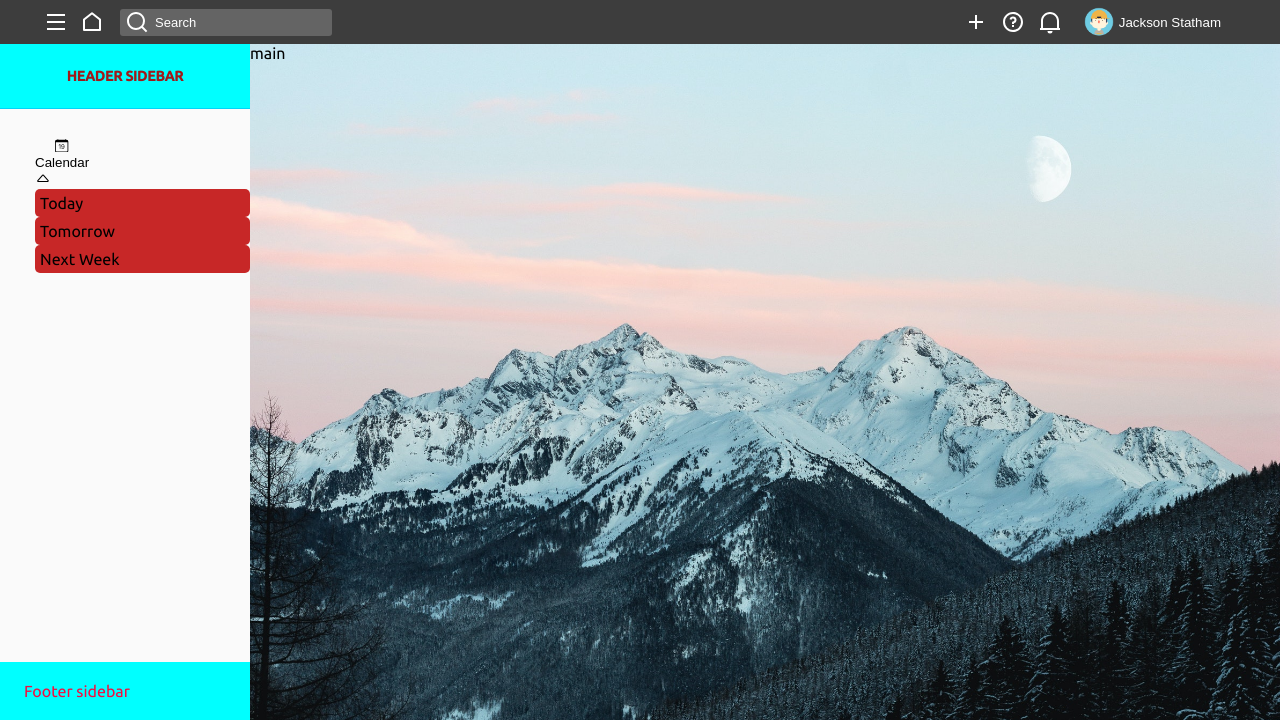
Repository: huuthe1999/to-do-list
Page: /
An editor plug-in stored every save of this project. The page is shown before and after the next save, followed by the edit.
The browser window is 1280 px wide. The pictures show the whole page.
The project was rebuilt for these pictures with package versions that can differ from the ones it lists, and the page was loaded fresh each time. Also part of the build but not shown: src/components/form/addForm/addForm.scss, src/components/form/addForm/AddForm.js, src/components/modal/modal.scss, src/components/modal/Modal.js.

Above is the page before, as saved 2022-02-17 13:53:53.

### public/index.html
<!DOCTYPE html>
<html lang="en">
	<head>
		<meta charset="utf-8" />
		<link rel="icon" href="%PUBLIC_URL%/favicon.ico" />
		<meta name="viewport" content="width=device-width, initial-scale=1" />
		<meta name="theme-color" content="#000000" />
		<meta
			name="description"
			content="Web site created using create-react-app"
		/>
		<link rel="apple-touch-icon" href="%PUBLIC_URL%/logo192.png" />
		<!--
      manifest.json provides metadata used when your web app is installed on a
      user's mobile device or desktop. See https://developers.google.com/web/fundamentals/web-app-manifest/
    -->
		<link rel="manifest" href="%PUBLIC_URL%/manifest.json" />
		<!--
      Notice the use of %PUBLIC_URL% in the tags above.
      It will be replaced with the URL of the `public` folder during the build.
      Only files inside the `public` folder can be referenced from the HTML.

      Unlike "/favicon.ico" or "favicon.ico", "%PUBLIC_URL%/favicon.ico" will
      work correctly both with client-side routing and a non-root public URL.
      Learn how to configure a non-root public URL by running `npm run build`.
    -->
		<title>React Redux App</title>
	</head>
	<body>
		<noscript>You need to enable JavaScript to run this app.</noscript>
		<div id="modal"></div>
		<div id="root"></div>
		<!--
      This HTML file is a template.
      If you open it directly in the browser, you will see an empty page.

      You can add webfonts, meta tags, or analytics to this file.
      The build step will place the bundled scripts into the <body> tag.

      To begin the development, run `npm start` or `yarn start`.
      To create a production bundle, use `npm run build` or `yarn build`.
    --></body>
</html>

### src/index.js
import React from 'react';
import ReactDOM from 'react-dom';
import { Provider } from 'react-redux';
import App from './App';
import { store } from './app/store';

ReactDOM.render(
	<React.StrictMode>
		<Provider store={store}>
			<App />
		</Provider>
	</React.StrictMode>,
	document.getElementById('root'),
);

### src/App.js
import React from 'react';
// import { Counter } from './features/counter/Counter';
import './App.scss';
import Main from './components/main/Main';
import SideBar from './components/sideBar/SideBar';
import TopBar from './components/topBar/TopBar';
function App() {
	return (
		<div className='app'>
			<TopBar />
			<div className='container'>
				<SideBar />
				<Main />
			</div>
		</div>
	);
}

export default App;

### src/App.scss
@import url('https://fonts.googleapis.com/css2?family=Ubuntu:wght@300;400;500&display=swap');
*,
*::before,
*::after {
	margin: 0;
	padding: 0;
	box-sizing: border-box;
}

:root {
	--icon-color: #fff;
	--icon-size: 40px;

	--bg: rgb(53, 42, 42);
	--bg-input: hsla(0, 0%, 100%, 0.2);
	// Header
	--hd-text-color: #ffffff;
	--hd-icon-color-hover: #202020;
}

.app {
	font-family: 'Ubuntu', sans-serif;
	font-size: 16px;
	width: 100vw;
	height: 100vh;
	background-color: var(--bg);
	overflow: hidden;
}

.container {
	display: flex;
	height: calc(100% - 44px);
}

button {
	border: none;
	outline: none;
	cursor: pointer;
	background-color: transparent;
}

a {
	text-decoration: none;
}

ul {
	list-style-type: none;
}

### src/components/main/Main.js
import './main.scss';

const Main = () => {
	return <div className='main'>main</div>;
};

export default Main;

### src/components/sideBar/SideBar.js
import Calendar from '../calendar/Calendar';
import './sideBar.scss';

const SideBar = () => {
	return (
		<div className='sidebar'>
			<div className='sidebar__inner'>
				<div className='sidebar__layout'>
					<div className='sidebar__layout-header'>
						<p>Header sidebar</p>
					</div>
					<div className='sidebar__layout-content'>
						<Calendar />
					</div>
					<div className='sidebar__layout-footer'>Footer sidebar</div>
				</div>
			</div>
		</div>
	);
};

export default SideBar;

### src/components/topBar/TopBar.js
import { useState } from 'react';
import {
	RiAddLine,
	RiHomeLine,
	RiMenuLine,
	RiNotification2Line,
	RiQuestionLine,
	RiSearchLine,
} from 'react-icons/ri';
import Avatar from '../../assets/images/avatar.png';
import AddForm from '../form/addForm/AddForm';
import Modal from '../modal/Modal';
import './topbar.scss';
const TopBar = () => {
	const [modal, setShowModal] = useState(false);
	return (
		<header className='topbar'>
			<div className='topbar__inner'>
				<div className='topbar__inner-leftControl'>
					<button className='topbar__button leftControl'>
						<RiMenuLine className='topbar__button-icon' />
					</button>

					<button className='topbar__button leftControl'>
						<RiHomeLine className='topbar__button-icon' />
					</button>
					<div className='topbar__inner-leftControl-search'>
						<RiSearchLine className='topbar__button-icon topbar__button-icon-search' />
						<input type='text' placeholder='Search' />
					</div>
				</div>
				<div className='topbar__inner-rightControl'>
					<Modal showModal={modal} setShowModal={setShowModal}>
						<AddForm setShowModal={setShowModal} />
					</Modal>
					<button className='topbar__button rightControl'>
						<RiAddLine
							className='topbar__button-icon'
							onClick={() => setShowModal(true)}
						/>
					</button>
					<button className='topbar__button rightControl'>
						<RiQuestionLine className='topbar__button-icon' />
					</button>
					<button className='topbar__button rightControl'>
						<RiNotification2Line className='topbar__button-icon' />
					</button>
					<button className='topbar__button info'>
						<img src={Avatar} alt='avatar' />
						<p>Jackson Statham</p>
					</button>
				</div>
			</div>
		</header>
	);
};

export default TopBar;

### src/features/counter/counterSlice.js
import { createAsyncThunk, createSlice } from '@reduxjs/toolkit';
import { fetchCount } from './counterAPI';

const initialState = {
  value: 0,
  status: 'idle',
};

// The function below is called a thunk and allows us to perform async logic. It
// can be dispatched like a regular action: `dispatch(incrementAsync(10))`. This
// will call the thunk with the `dispatch` function as the first argument. Async
// code can then be executed and other actions can be dispatched. Thunks are
// typically used to make async requests.
export const incrementAsync = createAsyncThunk(
  'counter/fetchCount',
  async (amount) => {
    const response = await fetchCount(amount);
    // The value we return becomes the `fulfilled` action payload
    return response.data;
  }
);

export const counterSlice = createSlice({
  name: 'counter',
  initialState,
  // The `reducers` field lets us define reducers and generate associated actions
  reducers: {
    increment: (state) => {
      // Redux Toolkit allows us to write "mutating" logic in reducers. It
      // doesn't actually mutate the state because it uses the Immer library,
      // which detects changes to a "draft state" and produces a brand new
      // immutable state based off those changes
      state.value += 1;
    },
    decrement: (state) => {
      state.value -= 1;
    },
    // Use the PayloadAction type to declare the contents of `action.payload`
    incrementByAmount: (state, action) => {
      state.value += action.payload;
    },
  },
  // The `extraReducers` field lets the slice handle actions defined elsewhere,
  // including actions generated by createAsyncThunk or in other slices.
  extraReducers: (builder) => {
    builder
      .addCase(incrementAsync.pending, (state) => {
        state.status = 'loading';
      })
      .addCase(incrementAsync.fulfilled, (state, action) => {
        state.status = 'idle';
        state.value += action.payload;
      });
  },
});

export const { increment, decrement, incrementByAmount } = counterSlice.actions;

// The function below is called a selector and allows us to select a value from
// the state. Selectors can also be defined inline where they're used instead of
// in the slice file. For example: `useSelector((state: RootState) => state.counter.value)`
export const selectCount = (state) => state.counter.value;

// We can also write thunks by hand, which may contain both sync and async logic.
// Here's an example of conditionally dispatching actions based on current state.
export const incrementIfOdd = (amount) => (dispatch, getState) => {
  const currentValue = selectCount(getState());
  if (currentValue % 2 === 1) {
    dispatch(incrementByAmount(amount));
  }
};

export default counterSlice.reducer;

### src/components/main/main.scss
.main {
	width: 100%;
	height: 100%;
	background-image: url(../../assets/images/bg_main.jpg);
	background-repeat: no-repeat;
	background-size: cover;
	overflow-y: auto;
}

### src/components/calendar/Calendar.js
import React from 'react';
import { BsCalendarDate, BsCaretUp } from 'react-icons/bs';
import CalendarItem from './calendarItem/CalendarItem';

const calendarList = [
	{ id: 1, name: 'Today' },
	{ id: 2, name: 'Tomorrow' },
	{ id: 3, name: 'Next Week' },
];
const Calendar = () => {
	return (
		<div className='calendar'>
			<div className='calendar__header'>
				<button className='calendar__header--title'>
					<BsCalendarDate />
					<p>Calendar</p>
				</button>
				<div className='calendar__header--expand'>
					<span>
						<BsCaretUp />
					</span>
				</div>
			</div>
			<div className='calendar__content'>
				<div className='calendar__content--wrapper'>
					<div className='calendar__content--wrapper--inner'>
						<ul>
							{calendarList.map(({ id, name }) => (
								<CalendarItem key={id} name={name} />
							))}
						</ul>
					</div>
				</div>
			</div>
		</div>
	);
};

export default Calendar;

### src/components/sideBar/sideBar.scss
.sidebar {
	position: relative;
	z-index: 109;
	height: 100%;
	background-color: aqua;
	min-width: 250px;
	width: 300px;
	transition: all 0.3s cubic-bezier(0.4, 0, 0.2, 1);

	&__inner {
		height: 100%;
		position: relative;
		z-index: 101;
	}

	&__layout {
		height: 100%;
		overflow-y: auto;
		overflow-x: hidden;
		display: flex;
		flex-direction: column;
		position: relative;
		z-index: 101;

		&-header {
			border-bottom: 1px solid rgba(8, 41, 228, 0.2);

			p {
				text-align: center;
				color: rgb(160, 25, 25);
				padding: 24px;
				font-weight: bold;
				font-size: 14px;
				text-transform: uppercase;
			}
		}

		&-content {
			flex-grow: 1;
			padding-top: 30px;
			padding-left: 35px;
			padding-bottom: 30px;
			background-color: #fafafa;
		}

		&-footer {
			padding: 20px 24px;
			color: rgb(245, 12, 62);
		}
	}
}

### src/components/topBar/topbar.scss
.topbar {
	display: flex;
	justify-content: center;
	align-items: center;
	background-color: #3d3d3d;
	flex-shrink: 0;
	padding: 0px 42px;
	font-size: 13px;
	color: #202020;
	height: 44px;

	&__inner {
		display: flex;
		justify-content: space-between;
		background-color: transparent;
		width: 100%;
		height: 100%;

		&-leftControl {
			display: flex;
			align-items: center;
			justify-content: flex-start;

			&-search {
				display: flex;
				align-items: center;
				position: relative;
				margin-left: 6px;

				&:hover {
					input {
						background-color: var(--hd-text-color);
						&::placeholder {
							color: var(--hd-icon-color-hover);
						}
					}
					* {
						color: var(--hd-icon-color-hover);
					}
				}

				input {
					font-size: 13px;
					color: var(--hd-text-color);
					background-color: var(--bg-input);
					outline: 0;
					border-radius: 3px;
					border: 1px solid transparent;
					padding: 5px 0 5px 34px;
					transition: all 0.15s cubic-bezier(0.4, 0, 0.2, 0.1);
					transition-property: background-color;

					&::placeholder {
						color: var(--hd-text-color);
					}
				}
			}
		}

		&-rightControl {
			display: flex;
			align-items: center;
			height: 44px;
			padding: 0px 12px;

			img {
				width: 100%;
				height: 100%;
			}
		}
	}

	&__button {
		display: flex;
		justify-content: center;
		align-items: center;
		border-radius: 3px;

		&:hover {
			background-color: var(--bg-input);
		}

		&.leftControl {
			height: 28px;
			min-width: 28px;
			margin-right: 8px;
		}

		&.rightControl {
			height: 32px;
			min-width: 32px;
			margin-left: 5px;
		}

		&.info {
			height: 100%;
			color: var(--hd-text-color);
			margin-left: 8px;
			padding: 0px 5px;
			img {
				width: 40px;
				height: 40px;
			}
		}
		&-icon {
			font-size: 24px;
			color: var(--icon-color);

			&-search {
				position: absolute;
				left: 5px;
				top: 50%;
				transform: translateY(-50%);
				color: var(--icon-color);
			}
		}
	}
}

### src/components/calendar/calendarItem/CalendarItem.js
import './calendarItem.scss';

const CalendarItem = ({ name }) => {
	return <li>{name}</li>;
};

export default CalendarItem;

### src/components/calendar/calendarItem/calendarItem.scss
li {
	border-radius: 5px;
	display: flex;
	align-items: center;
	padding: 5px 16px 5px 5px;
	cursor: pointer;
	background-color: rgb(199, 39, 39);
}

Loaded but not shown: src/app/store.js (common file); src/features/counter/counterAPI.js (common file)

After the next save:
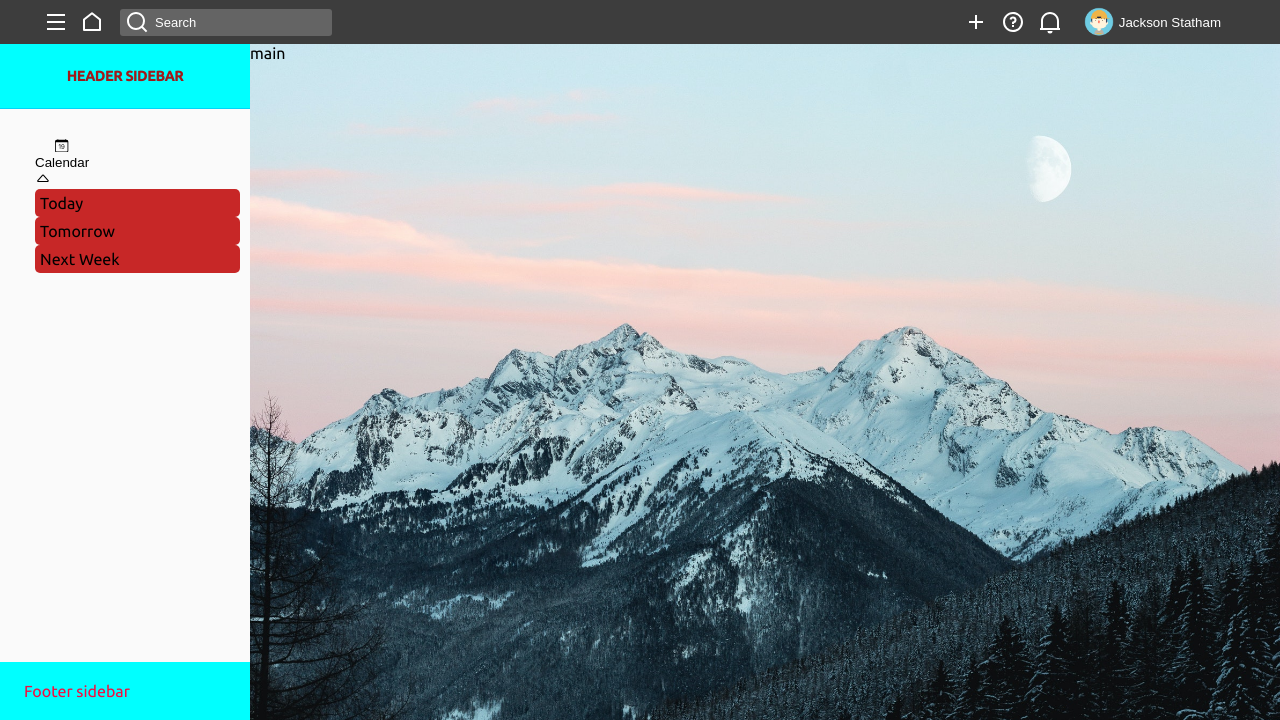
Saved 94 s later.
--- a/src/components/sideBar/sideBar.scss
+++ b/src/components/sideBar/sideBar.scss
@@ -37,9 +37,7 @@
 
 		&-content {
 			flex-grow: 1;
-			padding-top: 30px;
-			padding-left: 35px;
-			padding-bottom: 30px;
+			padding: 30px 10px 30px 35px;
 			background-color: #fafafa;
 		}
 
